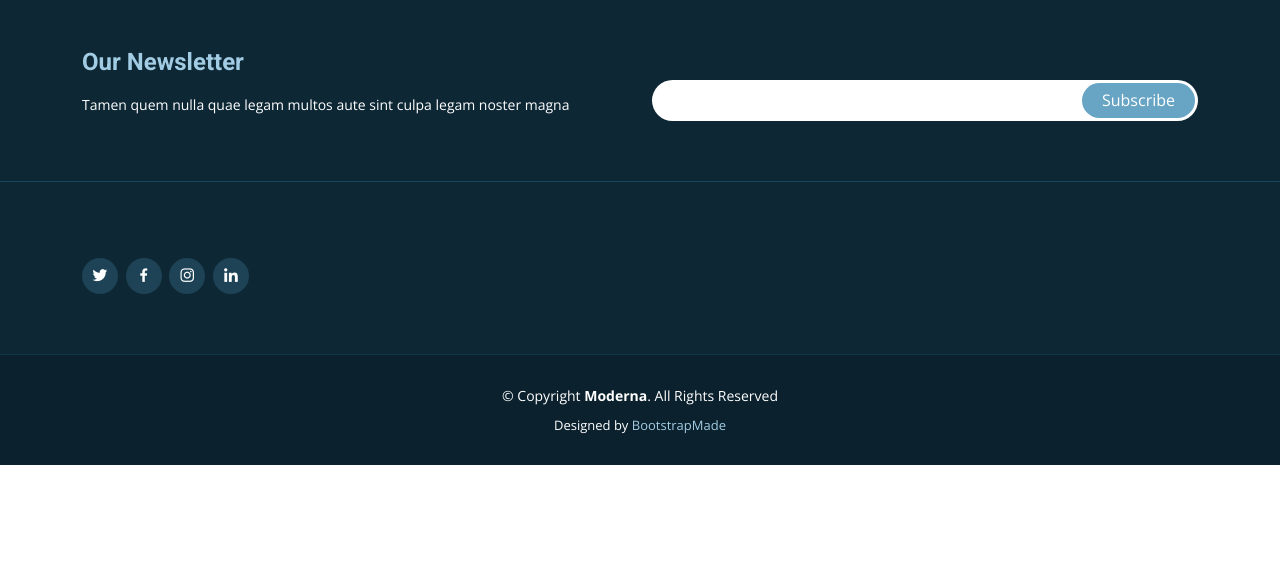
Repository: VachArt/Global-print
Page: contact.html
These files come from the project's save history. The page is drawn as it stood at one moment and after the next save; the edit follows.
The browser window is 1280 px wide. The pictures show the part of the page from y = 1054 to 1757 px (the page is 1619 px tall before and 1757 px after).

Above is the page before, as saved 2022-06-09 13:13:37.

After the next save:
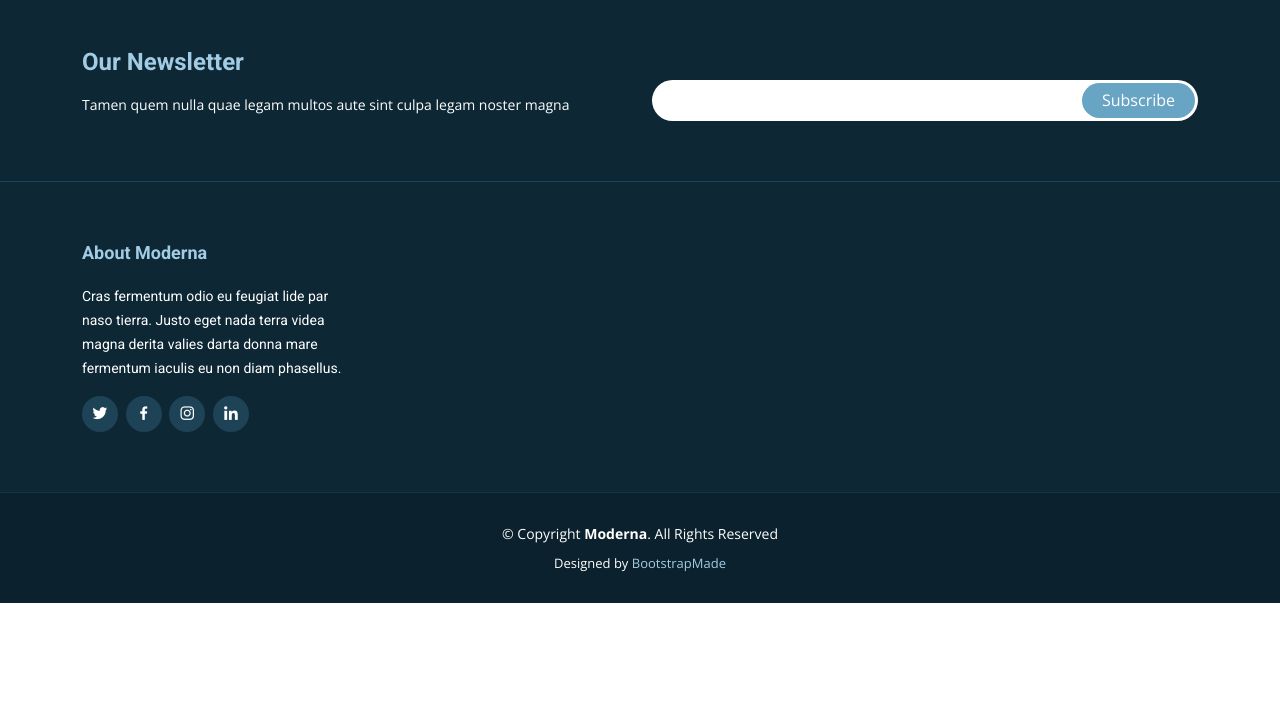
Saved 11 s later.
--- a/contact.html
+++ b/contact.html
@@ -141,7 +141,11 @@
     <div class="footer-top">
       <div class="container">
         <div class="row">
+
+
           <div class="col-lg-3 col-md-6 footer-info">
+            <h3>About Moderna</h3>
+            <p>Cras fermentum odio eu feugiat lide par naso tierra. Justo eget nada terra videa magna derita valies darta donna mare fermentum iaculis eu non diam phasellus.</p>
             <div class="social-links mt-3">
               <a href="#" class="twitter"><i class="bx bxl-twitter"></i></a>
               <a href="#" class="facebook"><i class="bx bxl-facebook"></i></a>
